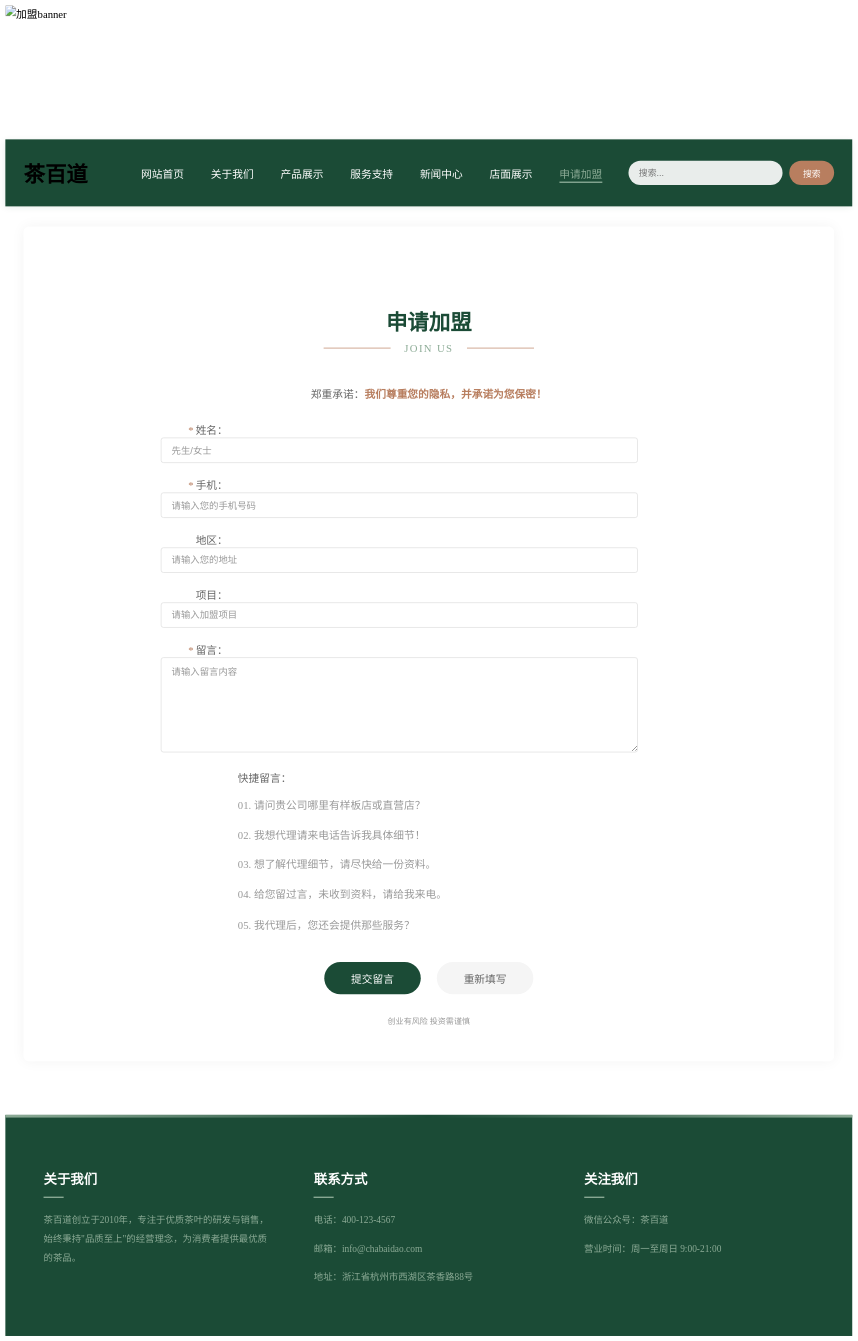
Repository: huang-heavenly-Emperor/chabaidao
Page: join.html
These files come from the project's save history. The page is drawn as it stood at one moment and after the next save; the edit follows.
The browser window is 1280 px wide. The pictures show the whole page, at 67% of full size.

Above is the page before, as saved 2024-12-13 17:43:31.
Not found: images/banner-join.jpg

### join.html
<!DOCTYPE html>
<html lang="zh-CN">
<head>
    <meta charset="UTF-8">
    <meta name="viewport" content="width=device-width, initial-scale=1.0">
    <title>申请加盟 - 茶百道</title>
    <link rel="stylesheet" href="./css/common.css">
    <link rel="stylesheet" href="./css/pages/join.css">
</head>
<body>
    <!-- 头部 -->
    <header class="header">
        <div class="top-banner">
            <img src="./images/banner-join.jpg" alt="加盟banner">
        </div>
        <div class="nav">
            <div class="nav-content">
                <div class="logo">
                    <h1>茶百道</h1>
                </div>
                <ul class="nav-list">
                    <li><a href="./index.html">网站首页</a></li>
                    <li><a href="./about.html">关于我们</a></li>
                    <li><a href="./products.html">产品展示</a></li>
                    <li><a href="./service.html">服务支持</a></li>
                    <li><a href="./news.html">新闻中心</a></li>
                    <li><a href="./stores.html">店面展示</a></li>
                    <li><a href="./join.html" class="active">申请加盟</a></li>
                </ul>
                <div class="search">
                    <input type="text" placeholder="搜索...">
                    <button>搜索</button>
                </div>
            </div>
        </div>
    </header>

    <!-- 主要内容 -->
    <div class="main">
        <div class="join-section">
            <div class="section-title">
                <h2>申请加盟</h2>
                <div class="en-title">JOIN US</div>
            </div>
            <form class="join-form">
                <p class="form-tips">郑重承诺：<strong>我们尊重您的隐私，并承诺为您保密！</strong></p>

                <div class="form-group">
                    <label><span>*</span>姓名：</label>
                    <input type="text" placeholder="先生/女士" required>
                </div>

                <div class="form-group">
                    <label><span>*</span>手机：</label>
                    <input type="tel" placeholder="请输入您的手机号码" required>
                </div>

                <div class="form-group">
                    <label>地区：</label>
                    <input type="text" placeholder="请输入您的地址">
                </div>

                <div class="form-group">
                    <label>项目：</label>
                    <input type="text" placeholder="请输入加盟项目">
                </div>

                <div class="form-group">
                    <label><span>*</span>留言：</label>
                    <textarea placeholder="请输入留言内容" required></textarea>
                </div>

                <div class="quick-message">
                    <h4>快捷留言：</h4>
                    <div class="quick-message-list">
                        <p>01. 请问贵公司哪里有样板店或直营店？</p>
                        <p>02. 我想代理请来电话告诉我具体细节！</p>
                        <p>03. 想了解代理细节，请尽快给一份资料。</p>
                        <p>04. 给您留过言，未收到资料，请给我来电。</p>
                        <p>05. 我代理后，您还会提供那些服务？</p>
                    </div>
                </div>

                <div class="form-buttons">
                    <button type="submit" class="btn btn-submit">提交留言</button>
                    <button type="reset" class="btn btn-reset">重新填写</button>
                </div>
            </form>

            <p class="risk-tips">创业有风险 投资需谨慎</p>
        </div>
    </div>

    <!-- 底部 -->
    <footer class="footer">
        <div class="footer-content">
            <div class="footer-section">
                <h3>关于我们</h3>
                <p>茶百道创立于2010年，专注于优质茶叶的研发与销售，始终秉持"品质至上"的经营理念，为消费者提供最优质的茶品。</p>
            </div>
            <div class="footer-section">
                <h3>联系方式</h3>
                <p>电话：400-123-4567</p>
                <p>邮箱：info@chabaidao.com</p>
                <p>地址：浙江省杭州市西湖区茶香路88号</p>
            </div>
            <div class="footer-section">
                <h3>关注我们</h3>
                <p>微信公众号：茶百道</p>
                <p>营业时间：周一至周日 9:00-21:00</p>
            </div>
        </div>
        <div class="back-top">↑</div>
    </footer>

    <script>
        // 返回顶部按钮
        var backTop = document.querySelector('.back-top');
        window.onscroll = function() {
            if (document.documentElement.scrollTop > 300 || document.body.scrollTop > 300) {
                backTop.classList.add('show');
            } else {
                backTop.classList.remove('show');
            }
        };

        backTop.onclick = function() {
            var timer = setInterval(function() {
                var scrollTop = document.documentElement.scrollTop || document.body.scrollTop;
                var speed = Math.floor(-scrollTop / 10);
                document.documentElement.scrollTop = document.body.scrollTop = scrollTop + speed;

                if (scrollTop === 0) {
                    clearInterval(timer);
                }
            }, 20);
        };
    </script>
</body>
</html>

### css/common.css
/* 头部样式 */
.header {
    width: 100%;
}

.top-banner {
    width: 100%;
    height: 200px;
    overflow: hidden;
}

.top-banner img {
    width: 100%;
    height: 100%;
    object-fit: cover;
}

.nav {
    width: 100%;
    height: 100px;
    background: #1B4B36;
    position: sticky;
    top: 0;
    z-index: 100;
    box-shadow: 0 2px 10px rgba(27, 75, 54, 0.1);
}

.nav-content {
    width: 1210px;
    margin: 0 auto;
    display: flex;
    justify-content: space-between;
    align-items: center;
    height: 100%;
}

.nav-list {
    display: flex;
    list-style: none;
}

.nav-list li a {
    color: #fff;
    text-decoration: none;
    padding: 0 20px;
    font-size: 16px;
    transition: all 0.3s;
    position: relative;
}

.nav-list li a:hover,
.nav-list li a.active {
    color: #8CAB96;
}

.nav-list li a:after {
    content: '';
    position: absolute;
    bottom: -5px;
    left: 50%;
    transform: translateX(-50%);
    width: 0;
    height: 2px;
    background: #8CAB96;
    transition: width 0.3s;
}

.nav-list li a:hover:after,
.nav-list li a.active:after {
    width: calc(100% - 40px);
}

.nav-list li a.active {
    font-weight: 500;
}

.search {
    display: flex;
    align-items: center;
}

.search input {
    width: 200px;
    height: 36px;
    padding: 0 15px;
    border: none;
    border-radius: 18px;
    outline: none;
    background: rgba(255, 255, 255, 0.9);
}

.search button {
    height: 36px;
    padding: 0 20px;
    margin-left: 10px;
    border: none;
    border-radius: 18px;
    background: #B87E5F;
    color: #fff;
    cursor: pointer;
    transition: background 0.3s;
}

.search button:hover {
    background: #9a6547;
}

/* 底部样式 */
.footer {
    background: #1B4B36;
    padding: 60px 0;
    margin-top: 50px;
    position: relative;
}

.footer:before {
    content: '';
    position: absolute;
    top: 0;
    left: 0;
    width: 100%;
    height: 4px;
    background: linear-gradient(90deg, #8CAB96, #1B4B36, #8CAB96);
}

.footer-content {
    width: 1210px;
    margin: 0 auto;
    display: flex;
    justify-content: space-between;
}

.footer-section {
    flex: 1;
    padding: 0 30px;
}

.footer-section h3 {
    color: #fff;
    font-size: 20px;
    margin-bottom: 20px;
    position: relative;
    padding-bottom: 15px;
}

.footer-section h3:after {
    content: '';
    position: absolute;
    bottom: 0;
    left: 0;
    width: 30px;
    height: 2px;
    background: #8CAB96;
    transition: width 0.3s;
}

.footer-section:hover h3:after {
    width: 50px;
}

.footer-section p {
    color: #8CAB96;
    line-height: 2;
    font-size: 14px;
}

/* 返回顶部按钮 */
.back-top {
    position: fixed;
    right: 40px;
    bottom: 40px;
    width: 50px;
    height: 50px;
    background: #1B4B36;
    color: #fff;
    text-align: center;
    line-height: 50px;
    border-radius: 50%;
    cursor: pointer;
    transition: all 0.3s;
    opacity: 0;
    visibility: hidden;
    z-index: 999;
    font-size: 20px;
    box-shadow: 0 2px 10px rgba(0,0,0,0.1);
}

.back-top:hover {
    background: #2C634C;
    transform: translateY(-5px);
}

.back-top.show {
    opacity: 1;
    visibility: visible;
}

### css/pages/join.css
/* 通用标题样式 */
.section-title {
    text-align: center;
    padding: 50px 0 30px;
    position: relative;
    display: flex;
    align-items: center;
    justify-content: center;
    flex-direction: column;
}

.section-title h2 {
    font-size: 32px;
    color: #1B4B36;
    margin-bottom: 10px;
    font-weight: bold;
}

.section-title .en-title {
    color: #8CAB96;
    font-size: 16px;
    letter-spacing: 2px;
    text-transform: uppercase;
    position: relative;
    display: flex;
    align-items: center;
    padding: 0 20px;
}

.section-title .en-title:before,
.section-title .en-title:after {
    content: '';
    height: 1px;
    width: 100px;
    background: #B87E5F;
    margin: 0 20px;
}

/* 主要内容区域 */
.main {
    width: 1210px;
    margin: 0 auto;
    padding: 30px 0;
}

/* 加盟表单区域 */
.join-section {
    background: #fff;
    padding: 40px;
    border-radius: 8px;
    box-shadow: 0 0 20px rgba(0,0,0,0.05);
}

.join-form {
    max-width: 800px;
    margin: 0 auto;
}

.form-tips {
    text-align: center;
    color: #666;
    margin-bottom: 30px;
}

.form-tips strong {
    color: #B87E5F;
}

.form-group {
    margin-bottom: 20px;
    position: relative;
}

.form-group label {
    display: inline-block;
    width: 100px;
    text-align: right;
    margin-right: 15px;
    color: #666;
}

.form-group label span {
    color: #B87E5F;
    margin-right: 3px;
}

.form-group input,
.form-group textarea {
    width: calc(100% - 120px);
    padding: 10px 15px;
    border: 1px solid #ddd;
    border-radius: 4px;
    font-size: 14px;
    color: #333;
    transition: all 0.3s;
}

.form-group input:focus,
.form-group textarea:focus {
    border-color: #1B4B36;
    box-shadow: 0 0 5px rgba(27,75,54,0.2);
    outline: none;
}

.form-group input::placeholder,
.form-group textarea::placeholder {
    color: #999;
}

.form-group textarea {
    height: 120px;
    resize: vertical;
}

/* 快捷留言 */
.quick-message {
    margin: 20px 0 30px 115px;
}

.quick-message h4 {
    color: #666;
    margin-bottom: 10px;
    font-weight: normal;
}

.quick-message-list {
    color: #999;
    line-height: 1.8;
}

/* 按钮样式 */
.form-buttons {
    text-align: center;
    margin-top: 40px;
}

.btn {
    display: inline-block;
    padding: 12px 40px;
    border-radius: 25px;
    font-size: 16px;
    cursor: pointer;
    transition: all 0.3s;
    border: none;
}

.btn-submit {
    background: #1B4B36;
    color: #fff;
    margin-right: 20px;
}

.btn-submit:hover {
    background: #2C634C;
}

.btn-reset {
    background: #f5f5f5;
    color: #666;
}

.btn-reset:hover {
    background: #e5e5e5;
}

/* 风险提示 */
.risk-tips {
    text-align: center;
    color: #999;
    margin-top: 30px;
    font-size: 12px;
}

After the next save:
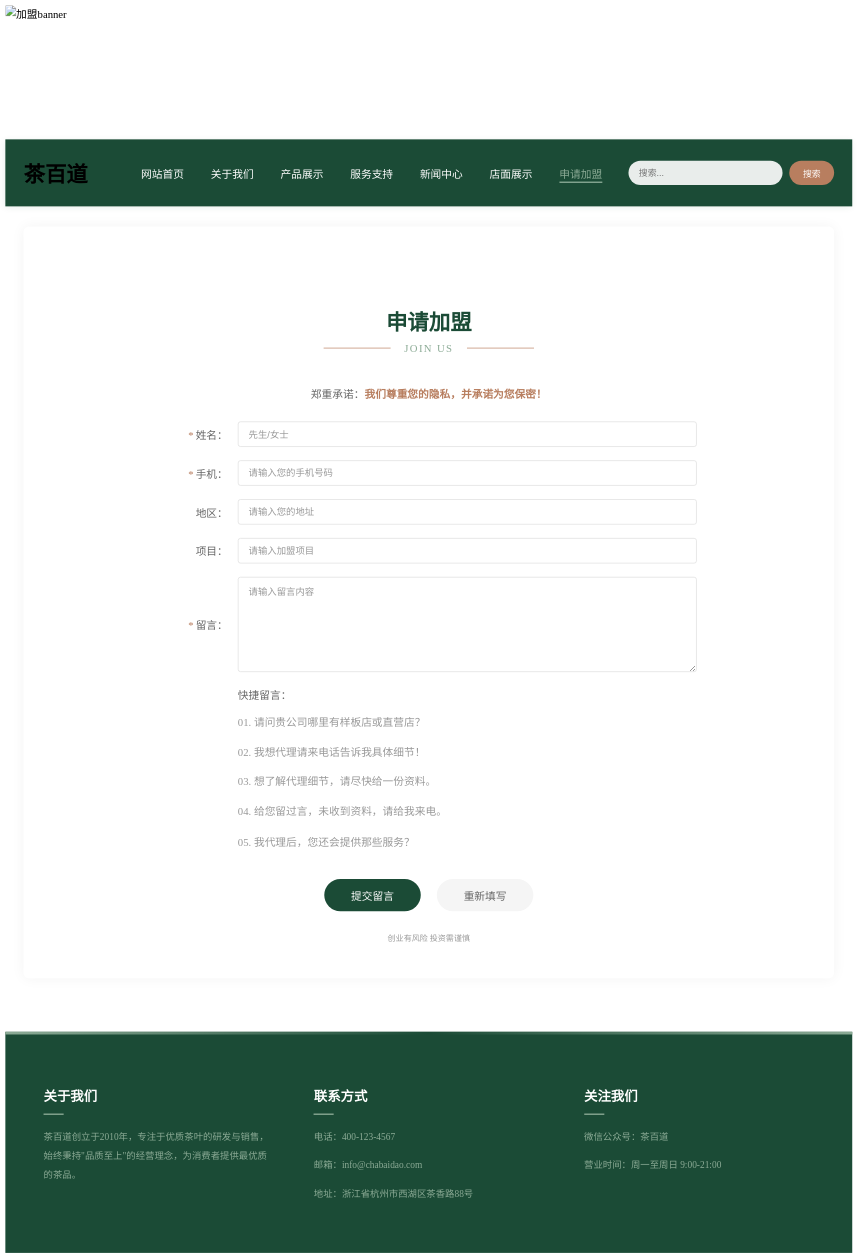
Saved 67 s later.
--- a/css/pages/join.css
+++ b/css/pages/join.css
@@ -69,11 +69,12 @@
 .form-group {
     margin-bottom: 20px;
     position: relative;
+    display: flex;
+    align-items: center;
 }
 
 .form-group label {
-    display: inline-block;
-    width: 100px;
+    flex: 0 0 100px;
     text-align: right;
     margin-right: 15px;
     color: #666;
@@ -86,7 +87,7 @@
 
 .form-group input,
 .form-group textarea {
-    width: calc(100% - 120px);
+    flex: 1;
     padding: 10px 15px;
     border: 1px solid #ddd;
     border-radius: 4px;
@@ -115,6 +116,7 @@
 /* 快捷留言 */
 .quick-message {
     margin: 20px 0 30px 115px;
+    padding-left: 0;
 }
 
 .quick-message h4 {
